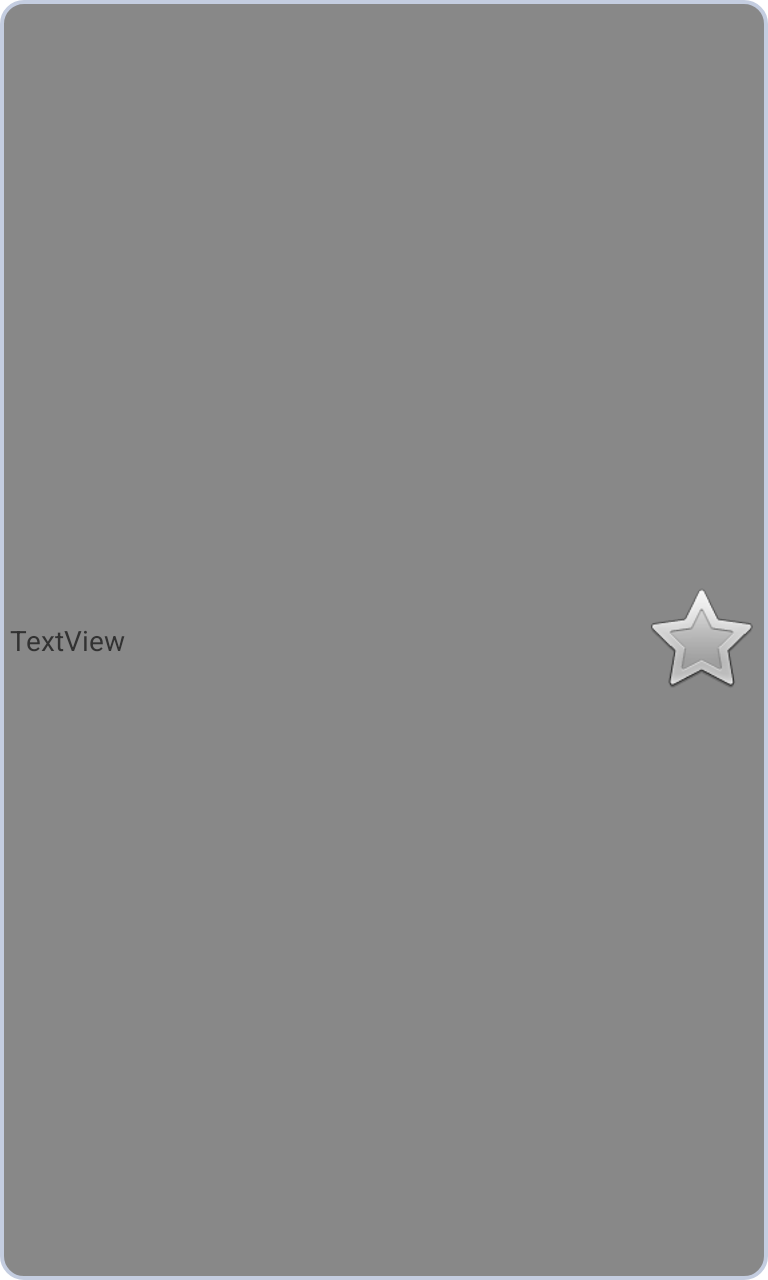
Repository: vinothsridhar/CrickBuzzChallenge
Layout: CricBuzzAndroidApp/res/layout/playlist_item.xml
An editor plug-in stored every save of this project. The layout is shown before and after the next save, followed by the edit.
It is drawn on a 768 x 1280 px phone screen (xhdpi) without system bars, with theme AppTheme; the app's code is not run.

Above is the layout before, as saved 2014-12-20 11:08:11.

### CricBuzzAndroidApp/res/layout/playlist_item.xml
<?xml version="1.0" encoding="utf-8"?>
<LinearLayout xmlns:android="http://schemas.android.com/apk/res/android"
    android:layout_width="match_parent"
    android:layout_height="60dp"
    android:layout_gravity="center_vertical"
    android:gravity="center_vertical"
    android:background="@drawable/playerlistitem"
    android:orientation="horizontal" >

    <TextView
        android:id="@+id/textView1"
        android:layout_width="fill_parent"
        android:layout_height="wrap_content"
        android:layout_weight="1"
        android:text="TextView" />

    <RatingBar
        android:id="@+id/ratingBar1"
        android:layout_width="wrap_content"
        android:layout_height="wrap_content"
        android:layout_weight="0"
        android:numStars="1" />

</LinearLayout>

### CricBuzzAndroidApp/res/values/styles.xml
<resources xmlns:android="http://schemas.android.com/apk/res/android">
    <style name="AppBaseTheme" parent="@android:style/Theme.Light.NoTitleBar">
    </style>

    <style name="AppTheme" parent="AppBaseTheme">
    </style>

    <style name="BoldText">
        <item name="android:textSize">@dimen/medium_text</item>
        <item name="android:textStyle">bold</item>
        <item name="android:padding">5dp</item>
    </style>

    <style name="TitleText">
        <item name="android:textSize">@dimen/big_text</item>
        <item name="android:background">@color/black</item>
        <item name="android:textColor">@color/white</item>
        <item name="android:textStyle">bold</item>
        <item name="android:gravity">center_vertical</item>
        <item name="android:padding">5dp</item>
    </style>

    <style name="TitleIcon" parent="@android:style/Widget.TabWidget">
        <item name="android:gravity">center_vertical</item>
        <item name="android:background">@drawable/tab_holo</item>
        <item name="android:padding">5dp</item>
    </style>

    <style name="TotalText" parent="BoldText">
        <item name="android:textColor">@color/black</item>
        <item name="android:background">@color/yellow</item>
        <item name="android:weightSum">2</item>
        <item name="android:gravity">center</item>
    </style>

</resources>

### CricBuzzAndroidApp/res/drawable/playerlistitem.xml
<?xml version="1.0" encoding="utf-8"?>
<selector xmlns:android="http://schemas.android.com/apk/res/android">

    <item android:state_pressed="true"><shape android:shape="rectangle">
            <solid android:color="#888888"></solid>

            <stroke android:width="2dp" android:color="#C4CDE0"></stroke>

            <padding android:bottom="5dp" android:left="5dp" android:right="5dp" android:top="5dp"></padding>

            <corners android:radius="11dp"></corners>
        </shape></item>
    <item android:state_pressed="false"><shape android:shape="rectangle">
            <solid android:color="#888888"></solid>

            <stroke android:width="2dp" android:color="#C4CDE0"></stroke>

            <padding android:bottom="5dp" android:left="5dp" android:right="5dp" android:top="5dp"></padding>

            <corners android:radius="11dp"></corners>
        </shape></item>

</selector>

After the next save:
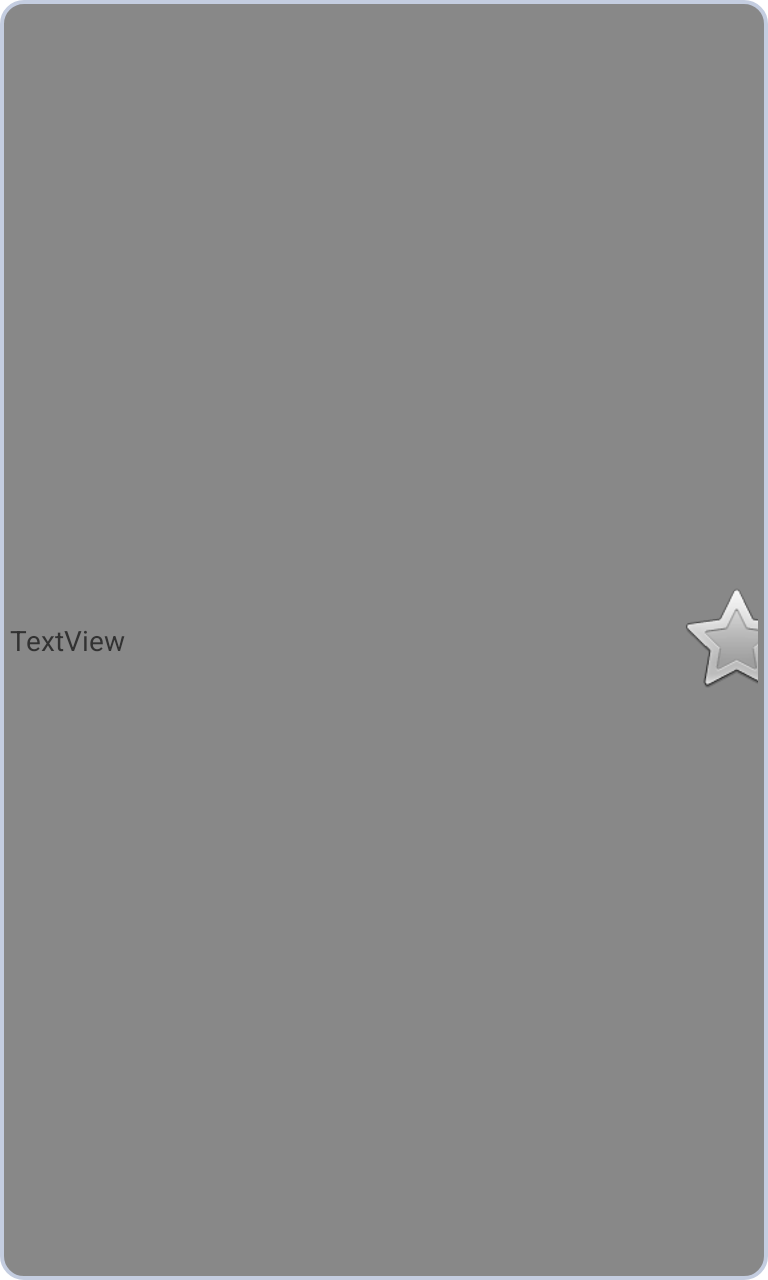
Saved 29 s later.
--- a/CricBuzzAndroidApp/res/layout/playlist_item.xml
+++ b/CricBuzzAndroidApp/res/layout/playlist_item.xml
@@ -16,7 +16,7 @@
 
     <RatingBar
         android:id="@+id/ratingBar1"
-        android:layout_width="wrap_content"
+        android:layout_width="40dp"
         android:layout_height="wrap_content"
         android:layout_weight="0"
         android:numStars="1" />
